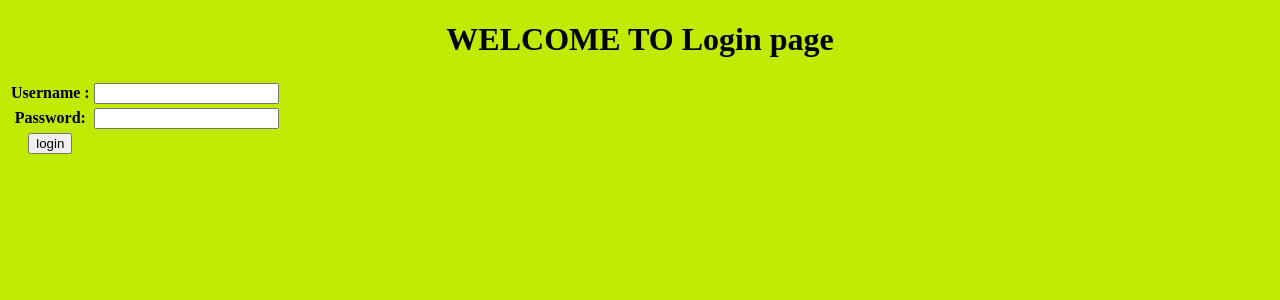
Repository: talkgunish/JAVA-WORLD
Page: advance_java/my_eclipse_java_proj/cookie_session/Filter/WebContent/login.html
These files come from the project's save history. The page is drawn as it stood at one moment and after the next save; the edit follows.
The browser window is 1280 px wide. The pictures show the whole page.

Above is the page before, as saved 2018-06-21 09:06:59.

After the next save:
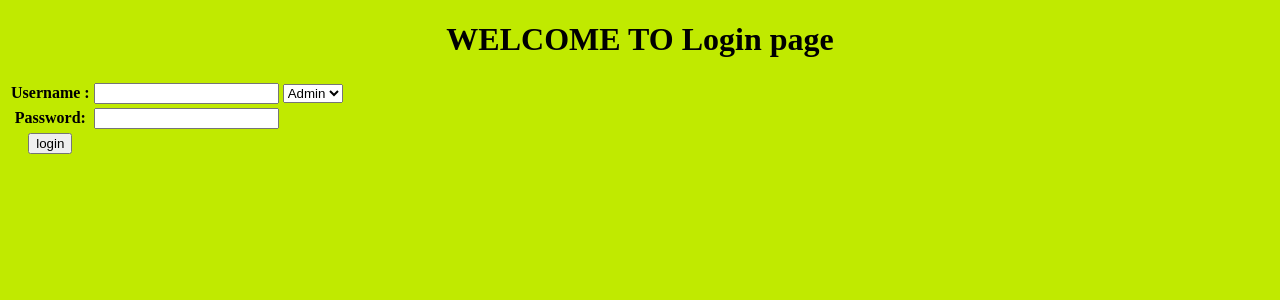
Saved 88 s later.
--- a/advance_java/my_eclipse_java_proj/cookie_session/Filter/WebContent/login.html
+++ b/advance_java/my_eclipse_java_proj/cookie_session/Filter/WebContent/login.html
@@ -10,7 +10,11 @@
 <h1>WELCOME TO Login page</h1>
 <table>
 <tr><th>Username :</th>
-<td> <input type="text" name="username"></td></tr>
+<td> <input type="text" name="username"></td>
+<td><select>
+<option>Admin</option>
+<option>User</option>
+</select></tr>
 <tr><th>Password: </th>
 <td><input type="password" name='password'></td></tr>
 <tr><td><input type="submit" value="login"></td></tr>
